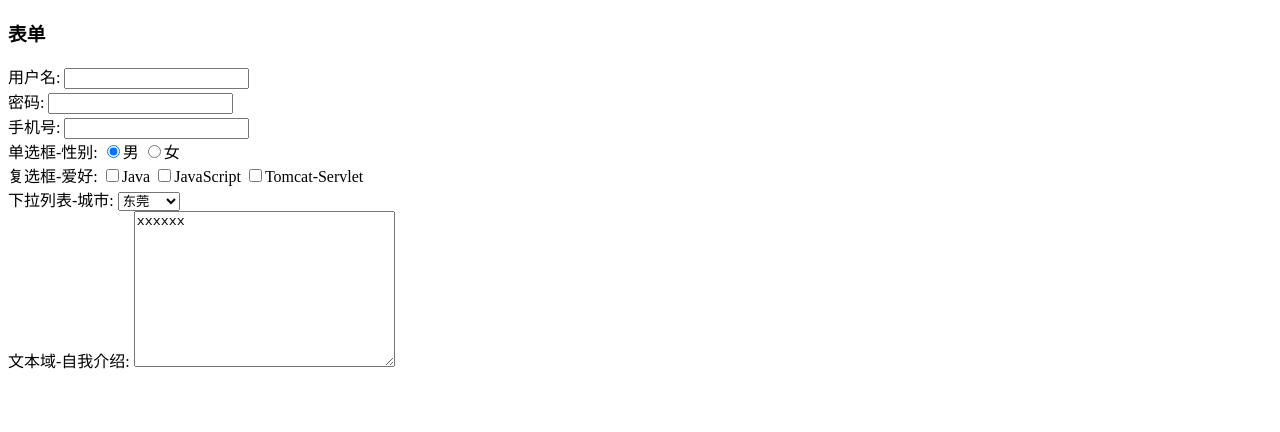
Repository: qyl1006/JavaApps
Page: workspace/web-03-4-tomcat-http/webapp/index.html
An editor plug-in stored every save of this project. The page is shown before and after the next save, followed by the edit.
The browser window is 1280 px wide. The pictures show the whole page.

Above is the page before, as saved 2018-03-02 07:25:50.

### workspace/web-03-4-tomcat-http/webapp/index.html
<!DOCTYPE html PUBLIC "-//W3C//DTD HTML 4.01 Transitional//EN" "http://www.w3.org/TR/html4/loose.dtd">
<html>
<head>
<meta http-equiv="Content-Type" content="text/html; charset=UTF-8">
<title>Insert title here</title>
</head>
<body>
	<h3>表单</h3>
	<form action="#" method="get">
		用户名: <input type="text" name="username"/><br>
		密码: <input type="password" name="pwd"/><br>
		手机号: <input type="number" name="phoneNumber"><br>

		单选框-性别: <input type="radio" name="gender" value="男" checked/>男
					<input type="radio" name="gender"/>女<br>

		复选框-爱好: <input type="checkbox" name="hobby" />Java
					<input type="checkbox" name="hobby"/>JavaScript
					<input type="checkbox" name="hobby"/>Tomcat-Servlet<br>
		下拉列表-城市: <select name="city">
						<option value="-1">请选择</option>
						<option value="1" selected>东莞</option>
						<option value="2">广州</option>
						<option value="3">深圳</option>
					</select>	<br>

		文本域-自我介绍: <textarea name="onfo" rows="10" cols="30">xxxxxx</textarea><br>



	</form>
</body>
</html>

After the next save:
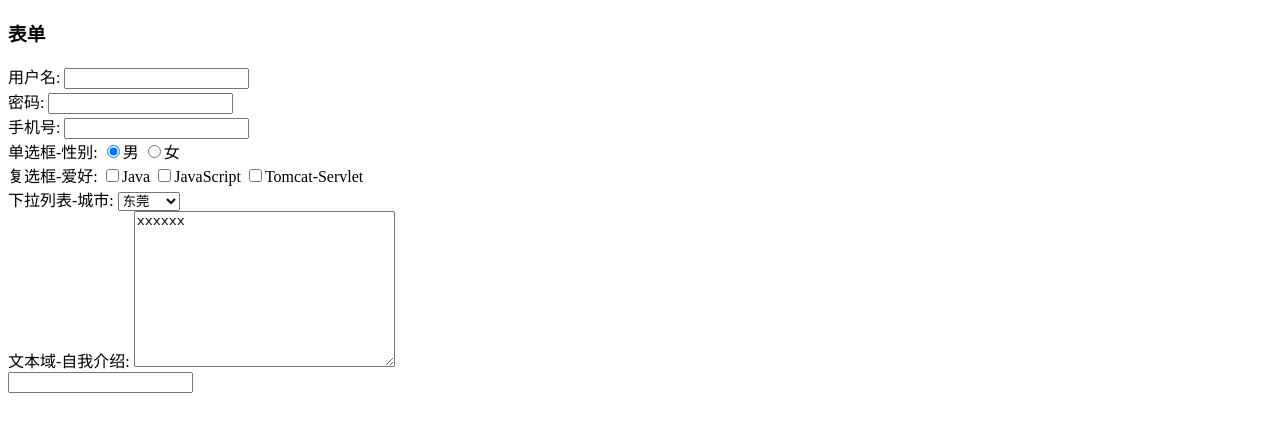
Saved 10 s later.
--- a/workspace/web-03-4-tomcat-http/webapp/index.html
+++ b/workspace/web-03-4-tomcat-http/webapp/index.html
@@ -26,7 +26,7 @@
 
 		文本域-自我介绍: <textarea name="onfo" rows="10" cols="30">xxxxxx</textarea><br>
 
-
+		<input />
 
 	</form>
 </body>
